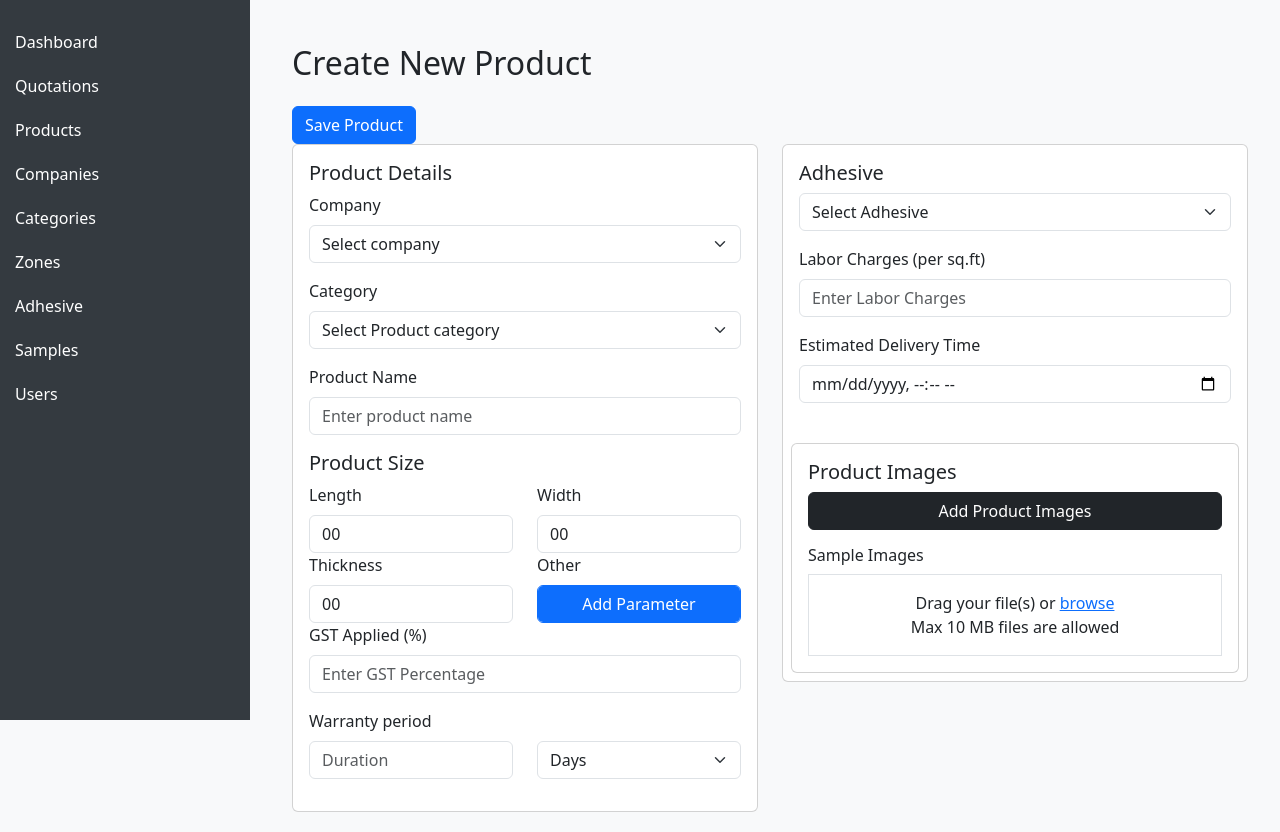
Repository: aniket-t-47/LivedDream
Page: http://localhost/products
These files come from the project's save history. The page is drawn as it stood at one moment and after the next save; the edit follows.
The browser window is 1280 px wide. The pictures show the whole page.
The page is served by the project's Laravel application, run on PHP 8.4 with Laravel 10. A made-up administrator, Test User (test@example.com), is signed in. Other server files are loaded and not shown. Queries for data that is not in the repository find no rows.

Above is the page before, as saved 2025-03-21 11:24:30.

### liveddream/routes/web.php
<?php

use App\Http\Controllers\ProfileController;
use App\Http\Controllers\ProductController;
use App\Http\Controllers\CompanyController;
use App\Http\Controllers\AdhesiveController;
use Illuminate\Support\Facades\Route;

/*
|--------------------------------------------------------------------------
| Web Routes
|--------------------------------------------------------------------------
|
| Here is where you can register web routes for your application. These
| routes are loaded by the RouteServiceProvider and all of them will
| be assigned to the "web" middleware group. Make something great!
|
*/

Route::get('/', function () {
    return view('welcome');
});

// Route::get('/dashboard', function () {
//     return view('dashboard');
// })->middleware(['auth', 'verified'])->name('dashboard');
Route::get('/products', [ProductController::class, 'create'])->name('product.create')->middleware(['auth', 'verified']);


Route::middleware('auth')->group(function () {
    Route::get('/profile', [ProfileController::class, 'edit'])->name('profile.edit');
    Route::patch('/profile', [ProfileController::class, 'update'])->name('profile.update');
    Route::delete('/profile', [ProfileController::class, 'destroy'])->name('profile.destroy');
    Route::get('/companies', [CompanyController::class, 'create'])->name('companies.create');
    Route::post('/companies', [CompanyController::class, 'store'])->name('companies.store');
    Route::get('/adhesive', [AdhesiveController::class, 'create'])->name('adhesive.create');
    Route::post('/adhesive', [AdhesiveController::class, 'store'])->name('adhesive.store');
Route::post('/products', [ProductController::class, 'store'])->name('products.store');

    // Route::resource('companies', CompanyController::class);

});

require __DIR__.'/auth.php';

### liveddream/app/Models/Company.php
<?php

namespace App\Models;

use Illuminate\Database\Eloquent\Factories\HasFactory;
use Illuminate\Database\Eloquent\Model;

class Company extends Model
{
    use HasFactory;
    protected $fillable = [
        'name', 'type', 'relation', 'product_category', 'zone',
        'address', 'gst', 'city', 'pincode','user_id'
    ];
    public function godowns()
    {
        return $this->hasMany(CompanyGodownDetail::class);
    }
}

### liveddream/app/Models/Category.php
<?php

namespace App\Models;

use Illuminate\Database\Eloquent\Factories\HasFactory;
use Illuminate\Database\Eloquent\Model;

class Category extends Model
{
    use HasFactory;
    protected $fillable = [
        'name',
        'user_id'];
}

### liveddream/app/Models/Adhesive.php
<?php

namespace App\Models;

use Illuminate\Database\Eloquent\Factories\HasFactory;
use Illuminate\Database\Eloquent\Model;

class Adhesive extends Model
{
    use HasFactory;
    protected $fillable = [
        'name',
        'company_id',
        'quantity',
        'purchase_cost',
        'selling_price',
        'user_id'
    ];
}

### liveddream/resources/views/products/create.blade.php
@extends('layouts.app')
@section('content')
    <div class="content">
        <h2 class="mb-4">Create New Product</h2>

        <form action="{{ route('products.store') }}" method="POST" enctype="multipart/form-data">
            @csrf
            <button class="btn btn-primary"type="submit" id="product">Save Product</button>
            <div class="row">
                <div class="col-md-6">

                    <div class="card">
                        <div class="m-3">
                            <h5>Product Details</h5>
                            <div class="mb-3">
                                <label class="form-label">Company</label>
                                <select name="company_id" class="form-select">
                                    <option>Select company</option>
                                    @foreach ($companies as $company)
                                        <option value="{{ $company->id }}">{{ $company->name }}</option>
                                    @endforeach

                                </select>
                            </div>
                            <div class="mb-3">
                                <label class="form-label">Category</label>
                                <select name="category_id" class="form-select">
                                    <option>Select Product category</option>
                                    @foreach ($categories as $category)
                                        <option value="{{ $category->id }}">{{ $category->name }}</option>
                                    @endforeach
                                </select>
                            </div>
                            <div class="mb-3">
                                <label class="form-label">Product Name</label>
                                <input type="text" name="name" class="form-control" placeholder="Enter product name">
                            </div>
                            <h5>Product Size</h5>
                            <div class="row" id="size-container">
                                <div class="col-md-6">
                                    <label class="form-label">Length</label>
                                    <input type="number" name="length[]" class="form-control" value="00">
                                </div>
                                <div class="col-md-6">
                                    <label class="form-label">Width</label>
                                    <input type="number" name="width[]" class="form-control" value="00">
                                </div>
                            </div>
                            <div class="row">
                                <div class="col-md-6">
                                    <label class="form-label">Thickness</label>
                                    <input type="number" name="thickness[]" class="form-control" value="00">
                                </div>
                                <div class="col-md-6">
                                    <label for="" class="form-label">Other</label>
                                    <button type="button" class="btn btn-primary form-control" id="add-size">Add Parameter</button>
                                </div>
                            </div>

                            <div class="mb-3">
                                <label class="form-label">GST Applied (%)</label>
                                <input type="text" name="gst" class="form-control"
                                    placeholder="Enter GST Percentage">
                            </div>
                            <div class="mb-3">
                                <label class="form-label">Warranty period</label>
                                <div class="row">
                                    <div class="col-md-6">
                                        <input type="number" name="warranty_duration" class="form-control" placeholder="Duration" required>
                                    </div>
                                    <div class="col-md-6">
                                        <select name="warranty_type" class="form-select" required>
                                            <option value="days">Days</option>
                                            <option value="months">Months</option>
                                            <option value="years">Years</option>
                                        </select>
                                    </div>




                                </div>

                            </div>
                            <!-- <button class="btn btn-primary">Save Product</button> -->
                        </div>
                    </div>
                </div>
                <div class="col-md-6">
                    <div class="card">
                        <div class="m-3">
                            <h5>Adhesive</h5>
                            <select name="adhesive_id" class="form-select mb-3">
                                <option>Select Adhesive</option>
                                @foreach ($adhesives as $adhesive)
                                    <option value="{{ $adhesive->id }}">{{ $adhesive->name }}</option>
                                @endforeach
                            </select>
                            <div class="mb-3">
                                <label class="form-label">Labor Charges (per sq.ft)</label>
                                <input type="text" name="labor_charges" class="form-control"
                                    placeholder="Enter Labor Charges">
                            </div>
                            <div class="mb-3">
                                <label class="form-label">Estimated Delivery Time</label>
                                <input type="datetime-local" name="estimated_delivery_time" class="form-control"
                                    placeholder="Enter estimated delivery time">
                            </div>
                            {{-- <button class="btn btn-primary">Save</button> --}}
                        </div>
                        <div class="card m-2">
                            <div class="m-3">
                                <h5>Product Images</h5>
                                <button class="btn btn-dark w-100 mb-3"  data-bs-toggle="modal" data-bs-target="#addproduct">Add Product Images</button>

                                <div class="modal fade" id="addproduct" tabindex="-1" aria-labelledby="exampleModalLabel" aria-hidden="true">
                                    <div class="modal-dialog">
                                        <div class="modal-content">
                                            <div class="modal-header">
                                                <h1 class="modal-title fs-5" id="exampleModalLabel">Product Details</h1>
                                                <button type="button" class="btn-close" data-bs-dismiss="modal" aria-label="Close"></button>
                                            </div>
                                            <div class="modal-body">
                                                <form>
                                                    <div class="column"></div>
                                                    <div class="mb-3">
                                                        <label class="form-label">Select Image</label>
                                                        <div class="border p-3 text-center" style="border-style: dashed;">
                                                            <input type="file" class="form-control" id="productImage" accept="image/*" hidden>
                                                            <label for="productImage" class="d-block">📤 Drag your file(s) or <a href="#">browse</a></label>
                                                            <small class="text-muted">Max 10 MB files are allowed</small>
                                                        </div>
                                                    </div>
                                                    <div class="mb-3">
                                                        <label for="pdfName" class="form-label">PDF Name</label>
                                                        <input type="text" class="form-control" id="pdfName" placeholder="Enter PDF Name">
                                                    </div>
                                                    <div class="mb-3">
                                                        <label for="productCode" class="form-label">Product Code</label>
                                                        <input type="text" class="form-control" id="productCode" placeholder="Enter product code">
                                                    </div>
                                                    <div class="mb-3">
                                                        <label for="productColor" class="form-label">Product Color</label>
                                                        <input type="text" class="form-control" id="productColor" placeholder="Enter Color">
                                                    </div>
                                                    <div class="row">
                                                        <div class="col-md-6">
                                                            <label for="purchaseCost" class="form-label">Purchase cost*</label>
                                                            <input type="number" class="form-control" id="purchaseCost" placeholder="₹ 00" required>
                                                        </div>
                                                        <div class="col-md-6">
                                                            <label for="sellingPrice" class="form-label">Selling price*</label>
                                                            <input type="number" class="form-control" id="sellingPrice" placeholder="₹ 00" required>
                                                        </div>
                                                    </div>
                                                    <div class="mb-3">
                                                        <label for="discountPrice" class="form-label">Discount price</label>
                                                        <input type="number" class="form-control" id="discountPrice" placeholder="₹ 00">
                                                    </div>
                                                    <div class="form-check">
                                                        <input class="form-check-input" type="checkbox" id="stockAvailable" checked>
                                                        <label class="form-check-label" for="stockAvailable">Stock Available</label>
                                                    </div>
                                                </form>
                                            </div>
                                            <div class="modal-footer">

                                                <button type="button" class="btn btn-primary">Save</button>
                                            </div>
                                        </div>
                                    </div>
                                </div>

                                <h6>Sample Images</h6>
                                <div class="border p-3 text-center" style="border-style: dashed;">
                                    Drag your file(s) or <a href="#">browse</a>
                                    <br>
                                    Max 10 MB files are allowed
                                </div>
                            </div>
                        </div>
                    </div>
                </div>
            </div>

        </form>
    </div>
    <script>
       document.addEventListener("DOMContentLoaded", function () {
    let addButton = document.getElementById("add-size");
    let container = document.getElementById("size-container");

    if (addButton && container) {
        addButton.addEventListener("click", function () {
            let newRow = document.createElement("div");
            newRow.classList.add("row", "mt-2");

            newRow.innerHTML = `
                <div class="col-md-6">
                    <label class="form-label">Parameter Name</label>
                    <input type="text" name="custom_keys[]" class="form-control" placeholder="Enter parameter (e.g., Height)">
                </div>
                <div class="col-md-6">
                    <label class="form-label">Value</label>
                    <input type="number" name="custom_values[]" class="form-control" value="00">
                </div>
            `;

            container.appendChild(newRow);
        });
    } else {
        console.error("Element not found: Ensure 'add-size' button and 'size-container' exist.");
    }
});

        </script>
@endsection

### liveddream/resources/views/layouts/app.blade.php
<!DOCTYPE html>
<html lang="en">
<head>
    <meta charset="UTF-8">
    <meta name="viewport" content="width=device-width, initial-scale=1">
    <title>@yield('title', 'Lived dream')</title>

    <!-- Bootstrap CSS -->
    <link href="https://cdn.jsdelivr.net/npm/bootstrap@5.3.0/dist/css/bootstrap.min.css" rel="stylesheet">

    <style>
        /* Custom Styles */
        body {
            background-color: #f8f9fa;
        }
        .sidebar {
            width: 250px;
            background: #343a40;
            color: #fff;
            height: 100vh;
            position: fixed;
            top: 0;
            left: 0;
            padding-top: 20px;
        }
        .sidebar a {
            color: #fff;
            text-decoration: none;
            padding: 10px 15px;
            display: block;
        }
        .sidebar a:hover {
            background: #495057;
        }
        .main-content {
            margin-left: 260px;
            padding: 20px;
        }
        .navbar {
            background: #007bff;
        }
    </style>
</head>
<body>

    <!-- Sidebar -->
    <div class="sidebar">
        <a href="#"><i class="fa-solid fa-th"></i> Dashboard</a>
    <a href="#"><i class="fa-light fa-memo"></i> Quotations</a>
    <a href="/products">Products</a>
    <a href="/companies">Companies</a>
    <a href="#">Categories</a>
    <a href="#">Zones</a>
    <a href="/adhesive">Adhesive</a>
    <a href="#">Samples</a>
    <a href="#">Users</a>
    </div>

    <!-- Main Content -->
    <div class="main-content">
        <!-- Navigation Bar -->
        {{-- <nav class="navbar navbar-expand-lg navbar-dark">
            <div class="container-fluid">
                <a class="navbar-brand" href="#">Company Management</a>
            </div>
        </nav> --}}

        <!-- Dynamic Content Section -->
        <div class="container mt-4">
            @yield('content')
        </div>
    </div>

    <!-- Bootstrap JS -->
    <script src="https://cdn.jsdelivr.net/npm/bootstrap@5.3.0/dist/js/bootstrap.bundle.min.js"></script>

</body>
</html>

Loaded but not shown: liveddream/routes/auth.php (common file); liveddream/app/Http/Controllers/Auth/EmailVerificationPromptController.php (common file); liveddream/app/Http/Controllers/Controller.php (common file); liveddream/app/Http/Controllers/Auth/VerifyEmailController.php (common file); liveddream/app/Models/User.php (common file); liveddream/app/Http/Controllers/ProductController.php (159 lines, source omitted)

After the next save:
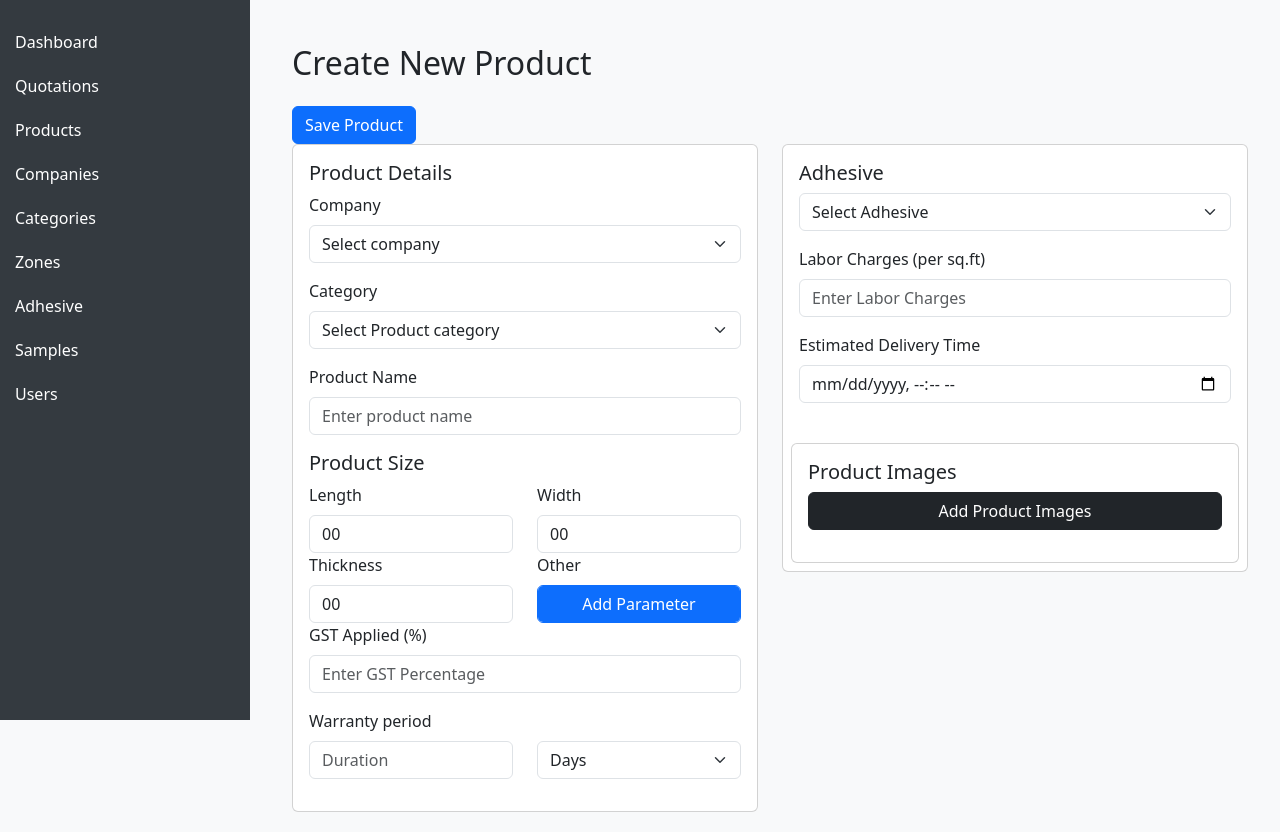
Saved 10 s later.
--- a/liveddream/resources/views/products/create.blade.php
+++ b/liveddream/resources/views/products/create.blade.php
@@ -122,7 +122,7 @@
                                             </div>
                                             <div class="modal-body">
                                                 <form>
-                                                    <div class="column"></div>
+                                                    <div class="column">
                                                     <div class="mb-3">
                                                         <label class="form-label">Select Image</label>
                                                         <div class="border p-3 text-center" style="border-style: dashed;">

After the 2 saves that followed:
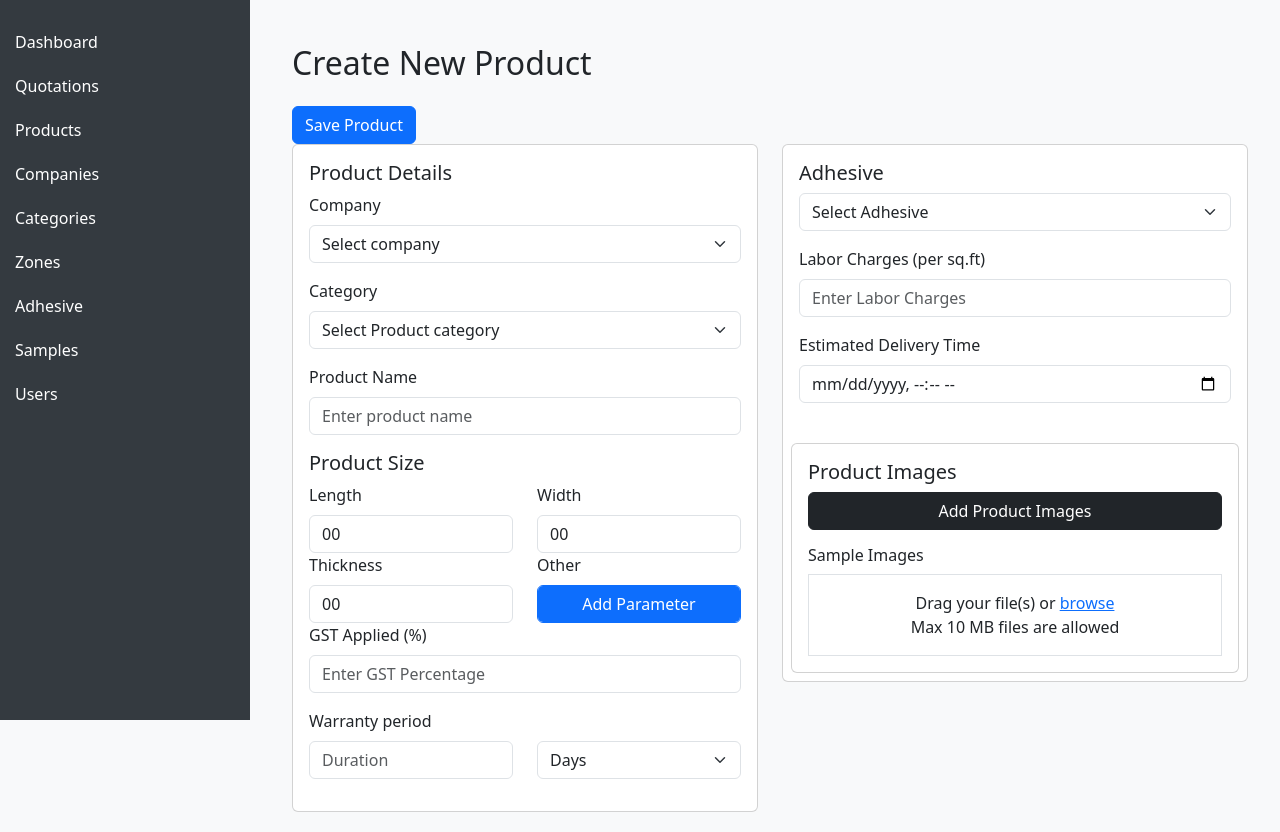
The 2 saves are shown as one change because they came seconds apart.
The last was saved 7 s later.
--- a/liveddream/resources/views/products/create.blade.php
+++ b/liveddream/resources/views/products/create.blade.php
@@ -143,6 +143,7 @@
                                                         <label for="productColor" class="form-label">Product Color</label>
                                                         <input type="text" class="form-control" id="productColor" placeholder="Enter Color">
                                                     </div>
+                                                    </div>
                                                     <div class="row">
                                                         <div class="col-md-6">
                                                             <label for="purchaseCost" class="form-label">Purchase cost*</label>
